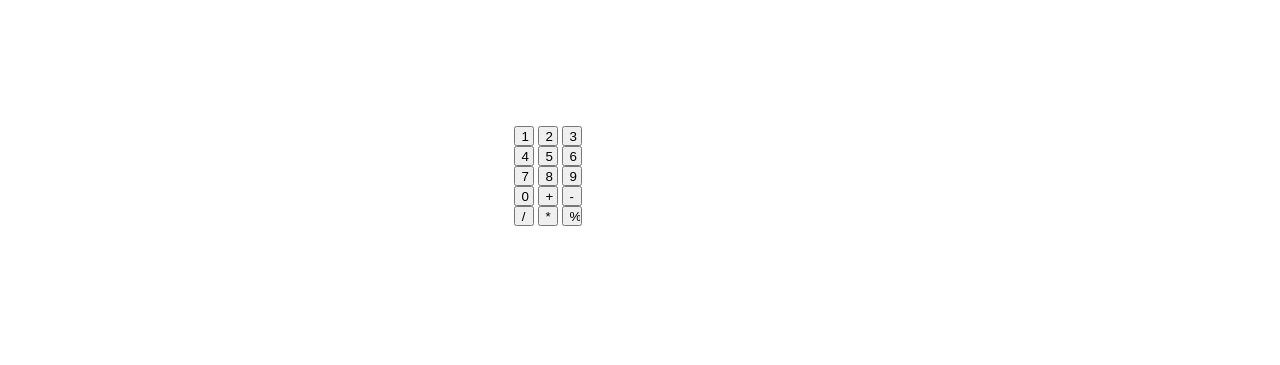
Repository: gautamsonam011/CMS
Page: http://localhost/calculator/
These files come from the project's save history. The page is drawn as it stood at one moment and after the next save; the edit follows.
The browser window is 1280 px wide. The pictures show the whole page.
The page is served by the project's application, run on Django 5.2 (manage.py). Other server files are loaded and not shown.

Above is the page before, as saved 2025-09-06 15:31:00.

### templates/calculator.html
<!DOCTYPE html>
<html lang="en">
<head>
    <meta charset="UTF-8">
    <meta name="viewport" content="width=device-width, initial-scale=1.0">
    <title>Calculator</title>
    <style>
        .cal{
            margin-top: 10%;
            margin-left: 40%;
        }
        .cal input{
            width:20px;
            height: 20px;
        }
    </style>
</head>
<body>
    <form action="" method="post">
        {% csrf_token %}
        <div class="cal">
            <input type="submit" name="btn1" value="1">
            <input type="submit" name="btn2" value="2">
            <input type="submit" name="btn3" value="3">
            <br/>
            <input type="submit" name="btn4" value="4">
            <input type="submit" name="btn5" value="5">
            <input type="submit" name="btn6" value="6">
            <br/>
            <input type="submit" name="btn7" value="7">
            <input type="submit" name="btn8" value="8">
            <input type="submit" name="btn9" value="9">
            <br/>
            <input type="submit" name="btn0" value="0">
            <input type="submit" name="sum" value="+">
            <input type="submit" name="sub" value="-">
            <br/>
            <input type="submit" name="div" value="/">
            <input type="submit" name="mult" value="*">
            <input type="submit" name="mod" value="%">
        </div>

    </form>
</body>
</html>

### CMS/views.py
# Here write your logical code
# This is a business logic layer
from django.http import HttpResponse
from django.shortcuts import render

def client_request_response(request):
    return HttpResponse("<h1>Hello Django Project</h1>")

def request_add_two_numbers(request):
    return HttpResponse("<h1>Add two numbers and sum = 78 </h1>")

def request_message(request):
    return HttpResponse("<h1>'Message type content' refers to either the actual data or text within a message (the content of the message) or, in a technical context, the definition of the structure and type of data a message can hold, such as MIME message types, SAP message types, or message types in programming languages like Java. The specific meaning depends on whether you're talking about the message's substance or its programmatic definition and structure. </h1>")

def my_first_template(request):
    return render(request, 'firstfile.html')

def my_home_page(request):
    return render(request, 'home.html')

def my_about_page(request):
    if request.method == "POST":
        print(request.POST)

        name = request.POST.get("name")
        d = {
            'name': name
        }
        return render(request, "about.html", context=d)

# def my_about_page(request):
    # if request.method == "POST":
    #     print(request.POST)

    #     name = request.POST.get("name")
    #     d = {
    #         'name': name
    #     }
    #     return render(request, "about.html", context=d)

    # # Handle GET request
    # return render(request, "about.html")

def calculator_view(request):
    if request.method == "GET":
        resp = render(request, 'calculator.html')
        return resp

### CMS/urls.py

from django.contrib import admin
from django.urls import path
from . import views

urlpatterns = [
    path('admin/', admin.site.urls),
    path("client/", views.client_request_response),
    path("add/", views.request_add_two_numbers),
    path('message/', views.request_message),
    path('first/', views.my_first_template),
    path('home/', views.my_home_page),
    path('about/', views.my_about_page),
    path('calculator/', views.calculator_view),
]

After the next save:
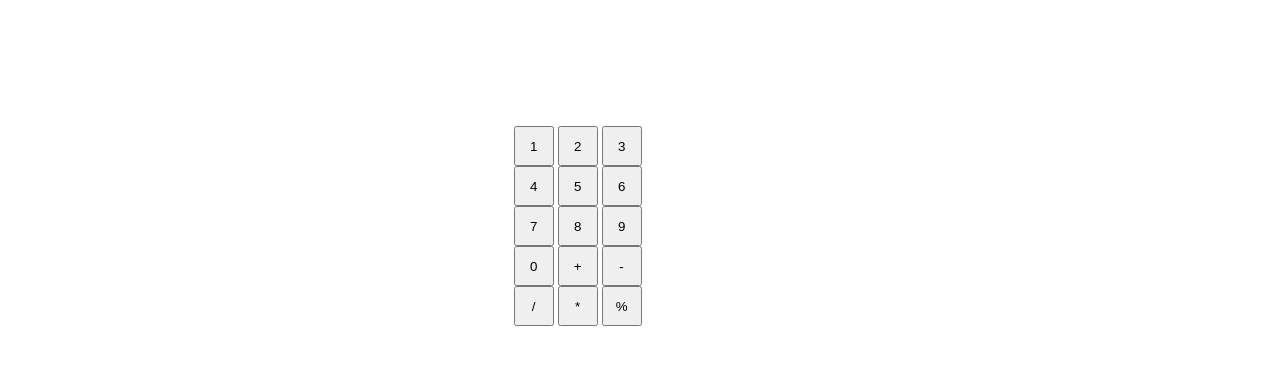
Saved 18 s later.
--- a/templates/calculator.html
+++ b/templates/calculator.html
@@ -10,8 +10,8 @@
             margin-left: 40%;
         }
         .cal input{
-            width:20px;
-            height: 20px;
+            width:40px;
+            height: 40px;
         }
     </style>
 </head>
